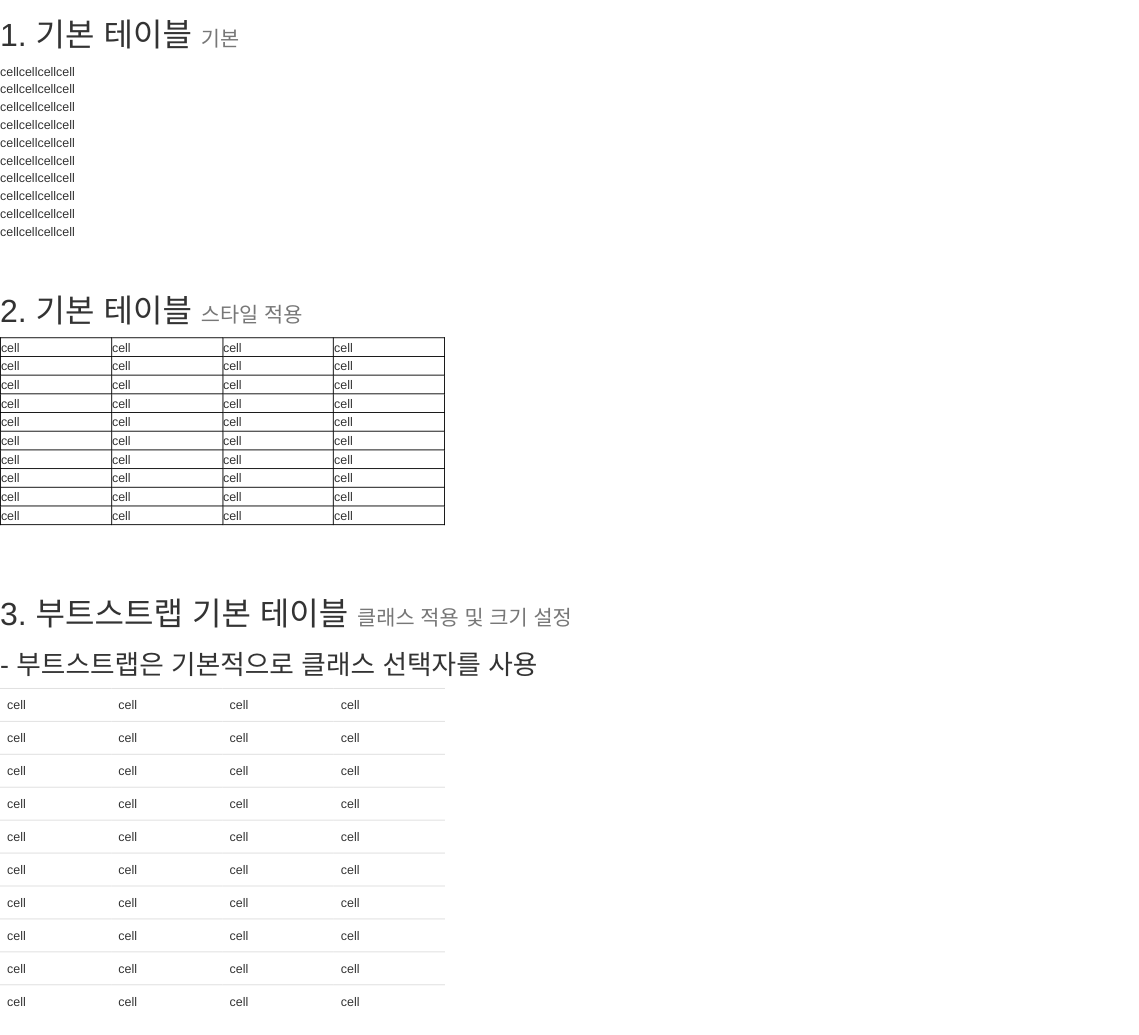
Repository: Umkimisstrong/UM_Webbb
Page: BootstrapApp/WebContent/BootEx02.html
An editor plug-in stored every save of this project. The page is shown before and after the next save, followed by the edit.
The browser window is 1280 px wide. The pictures show the whole page, at 89% of full size.

Above is the page before, as saved 2022-05-16 02:22:14.

### BootstrapApp/WebContent/BootEx02.html
<!DOCTYPE html>
<html>
<head>
<meta charset="UTF-8">
<title>BootEx02.html</title>

<link rel="stylesheet" type="text/css" href="css/bootstrap.css">
<script type="text/javascript" src="http://code.jquery.com/jquery.min.js"></script>
<script type="text/javascript" src="js/bootstrap.min.js"></script>

<style type="text/css">
	/* 테이블 기본 서식 */
	#table
	{
		width: 500px;
		border: 1px solid black;
		border-collapse: collapse;
	}
	#table td
	{
		border: 1px solid black;
	}




</style>
</head>

<body>



<h1>1. 기본 테이블 <small>기본</small></h1>
<table>
	<tr>
		<td>cell</td>
		<td>cell</td>
		<td>cell</td>
		<td>cell</td>
	</tr>
	<tr>
		<td>cell</td>
		<td>cell</td>
		<td>cell</td>
		<td>cell</td>
	</tr>
	<tr>
		<td>cell</td>
		<td>cell</td>
		<td>cell</td>
		<td>cell</td>
	</tr>
	<tr>
		<td>cell</td>
		<td>cell</td>
		<td>cell</td>
		<td>cell</td>
	</tr>
	<tr>
		<td>cell</td>
		<td>cell</td>
		<td>cell</td>
		<td>cell</td>
	</tr>
	<tr>
		<td>cell</td>
		<td>cell</td>
		<td>cell</td>
		<td>cell</td>
	</tr>
	<tr>
		<td>cell</td>
		<td>cell</td>
		<td>cell</td>
		<td>cell</td>
	</tr>
	<tr>
		<td>cell</td>
		<td>cell</td>
		<td>cell</td>
		<td>cell</td>
	</tr>
	<tr>
		<td>cell</td>
		<td>cell</td>
		<td>cell</td>
		<td>cell</td>
	</tr>
	<tr>
		<td>cell</td>
		<td>cell</td>
		<td>cell</td>
		<td>cell</td>
	</tr>
</table>

<br /><br />

<h1>2. 기본 테이블 <small>스타일 적용</small></h1>

<table id="table">
	<tr>
		<td>cell</td>
		<td>cell</td>
		<td>cell</td>
		<td>cell</td>
	</tr>
	<tr>
		<td>cell</td>
		<td>cell</td>
		<td>cell</td>
		<td>cell</td>
	</tr>
	<tr>
		<td>cell</td>
		<td>cell</td>
		<td>cell</td>
		<td>cell</td>
	</tr>
	<tr>
		<td>cell</td>
		<td>cell</td>
		<td>cell</td>
		<td>cell</td>
	</tr>
	<tr>
		<td>cell</td>
		<td>cell</td>
		<td>cell</td>
		<td>cell</td>
	</tr>
	<tr>
		<td>cell</td>
		<td>cell</td>
		<td>cell</td>
		<td>cell</td>
	</tr>
	<tr>
		<td>cell</td>
		<td>cell</td>
		<td>cell</td>
		<td>cell</td>
	</tr>
	<tr>
		<td>cell</td>
		<td>cell</td>
		<td>cell</td>
		<td>cell</td>
	</tr>
	<tr>
		<td>cell</td>
		<td>cell</td>
		<td>cell</td>
		<td>cell</td>
	</tr>
	<tr>
		<td>cell</td>
		<td>cell</td>
		<td>cell</td>
		<td>cell</td>
	</tr>
</table>

<br />
<br />
<br />

<h1>3. 부트스트랩 기본 테이블 <small>클래스 적용 및 크기 설정</small></h1>
<h2> - 부트스트랩은 기본적으로 클래스 선택자를 사용</h2>



<table class="table" style="width: 500px;">
	<tr>
		<td>cell</td>
		<td>cell</td>
		<td>cell</td>
		<td>cell</td>
	</tr>
	<tr>
		<td>cell</td>
		<td>cell</td>
		<td>cell</td>
		<td>cell</td>
	</tr>
	<tr>
		<td>cell</td>
		<td>cell</td>
		<td>cell</td>
		<td>cell</td>
	</tr>
	<tr>
		<td>cell</td>
		<td>cell</td>
		<td>cell</td>
		<td>cell</td>
	</tr>
	<tr>
		<td>cell</td>
		<td>cell</td>
		<td>cell</td>
		<td>cell</td>
	</tr>
	<tr>
		<td>cell</td>
		<td>cell</td>
		<td>cell</td>
		<td>cell</td>
	</tr>
	<tr>
		<td>cell</td>
		<td>cell</td>
		<td>cell</td>
		<td>cell</td>
	</tr>
	<tr>
		<td>cell</td>
		<td>cell</td>
		<td>cell</td>
		<td>cell</td>
	</tr>
	<tr>
		<td>cell</td>
		<td>cell</td>
		<td>cell</td>
		<td>cell</td>
	</tr>
	<tr>
		<td>cell</td>
		<td>cell</td>
		<td>cell</td>
		<td>cell</td>
	</tr>
</table>






















</body>
</html>

Loaded but not shown: BootstrapApp/WebContent/css/bootstrap.css (library); BootstrapApp/WebContent/js/bootstrap.min.js (library)

After the next save:
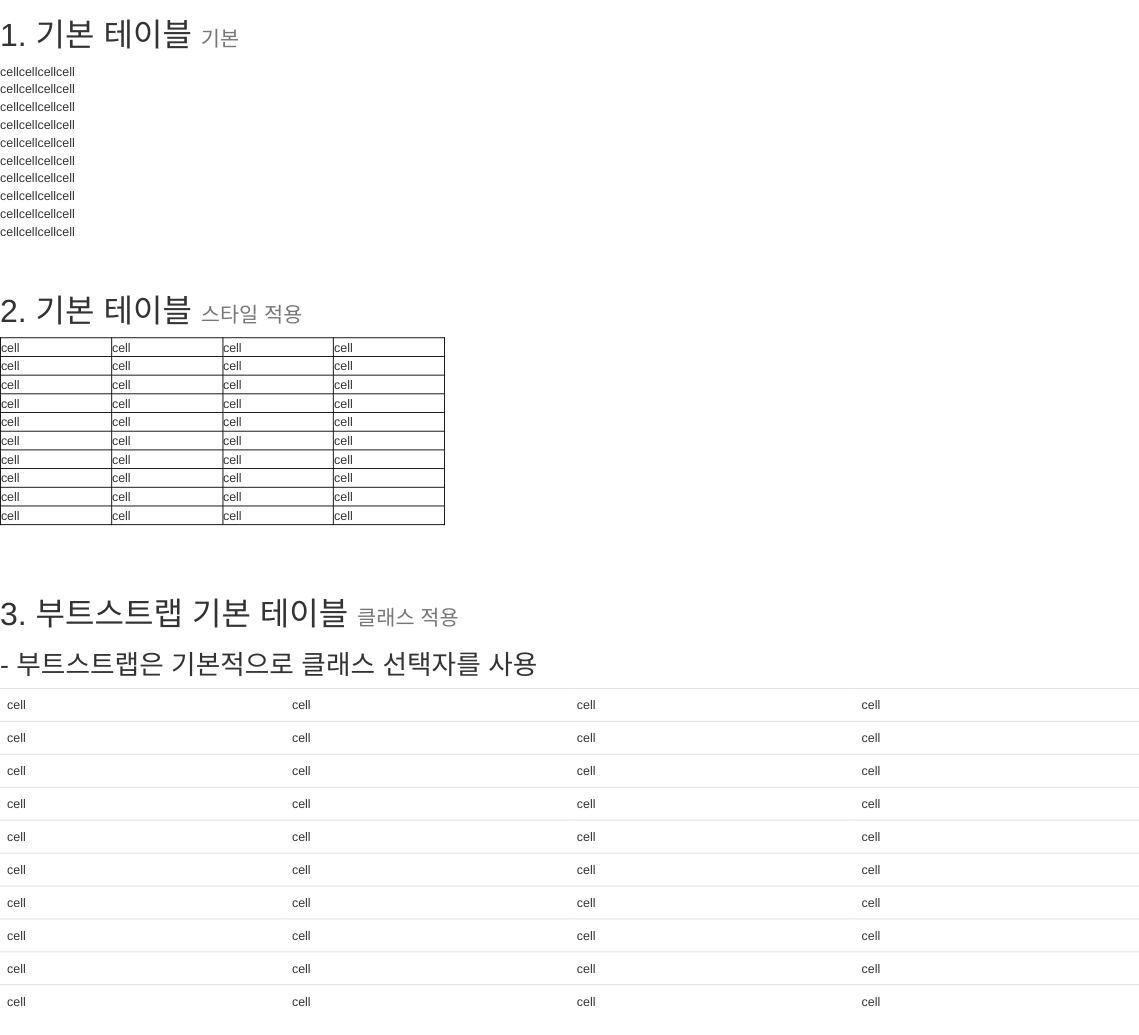
Saved 20 s later.
--- a/BootstrapApp/WebContent/BootEx02.html
+++ b/BootstrapApp/WebContent/BootEx02.html
@@ -166,12 +166,12 @@
 <br />
 <br />
 
-<h1>3. 부트스트랩 기본 테이블 <small>클래스 적용 및 크기 설정</small></h1>
+<h1>3. 부트스트랩 기본 테이블 <small>클래스 적용</small></h1>
 <h2> - 부트스트랩은 기본적으로 클래스 선택자를 사용</h2>
 
 
 
-<table class="table" style="width: 500px;">
+<table class="table">
 	<tr>
 		<td>cell</td>
 		<td>cell</td>
